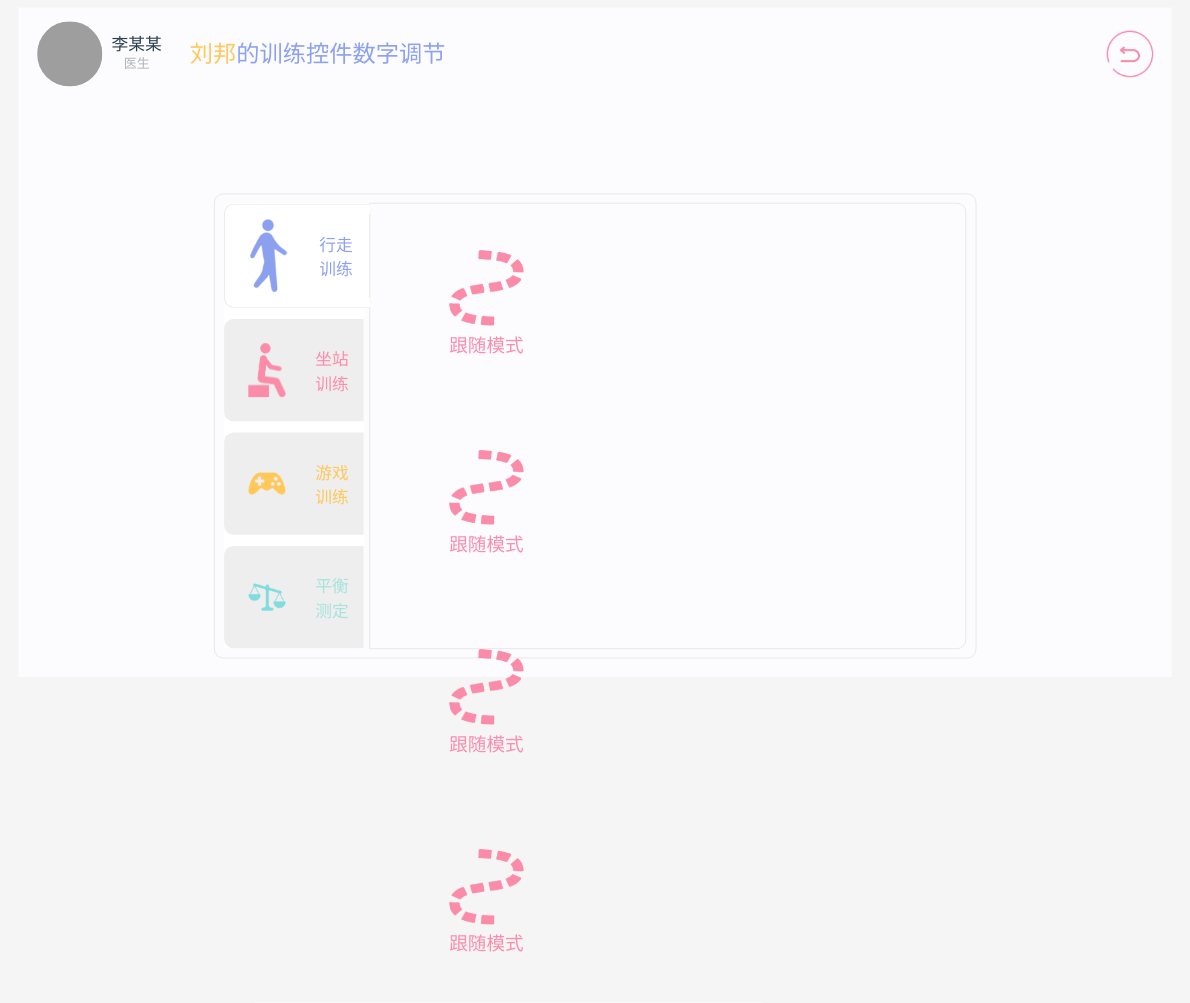
Repository: wangdanqing90/electron-vue-doctor
Page: /#/trainingAdjust
The author's editor kept a copy of each file at every save. The page is drawn from the files as they stood at one save, then again after the next save.
The browser window is 1280 px wide. The pictures show the whole page, at 93% of full size.
Pictures or frames that could not be fetched are drawn as grey boxes. The project was rebuilt for these pictures with package versions that can differ from the ones it lists, and the page was loaded fresh each time. Also part of the build but not shown: vue.config.js, src/views/Home.vue, src/assets/styles/variable.scss, src/assets/styles/iconfont.css.

Above is the page before, as saved 2020-01-15 10:33:20.

After the next save:
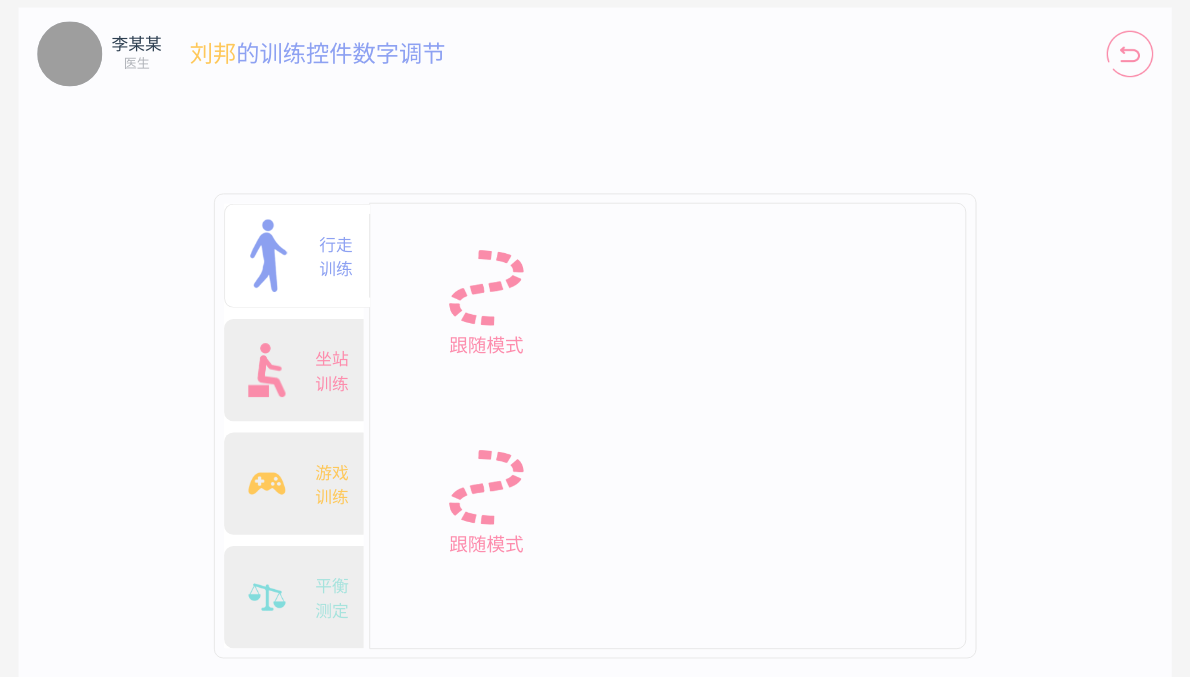
Saved 18 s later.
--- a/src/views/TrainingAdjust/TrainingAdjust.vue
+++ b/src/views/TrainingAdjust/TrainingAdjust.vue
@@ -35,9 +35,9 @@
         <div class="right">
           <div
             class="adjust-container pinkFontColor active"
-            v-for="(item,index) in tagList"
+            v-for="(item,index) in adjustList"
             :key="index"
-            @click="getItem(index)"
+            @click="select(index)"
           >
             <div class="top">
               <img :src="adjustList[0].selectedImg" />
